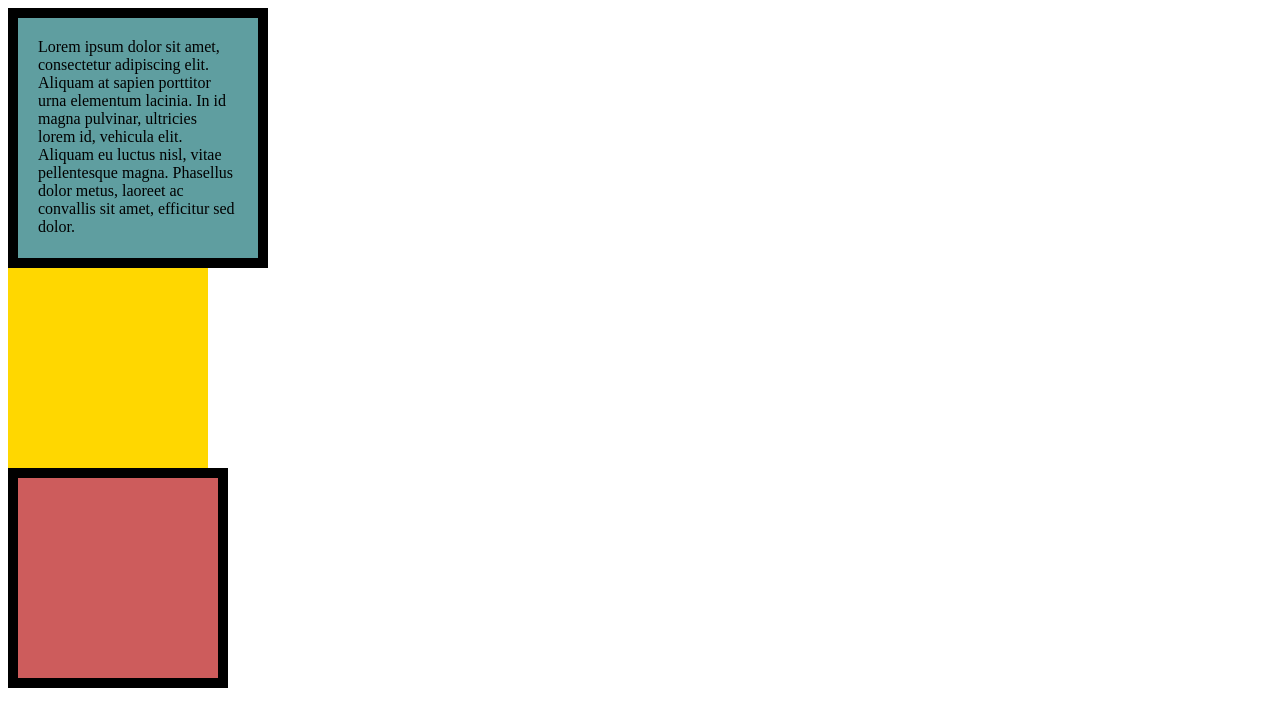
Repository: arzeee/Web_Course
Page: 6.3+CSS+Box+Model/6.3 CSS Box Model/index.html
The author's editor kept a copy of each file at every save. The page is drawn from the files as they stood at one save, then again after a run of saves.
The browser window is 1280 px wide. The pictures show the whole page.

Above is the page before, as saved 2025-07-04 18:29:09.

After the next 2 saves:
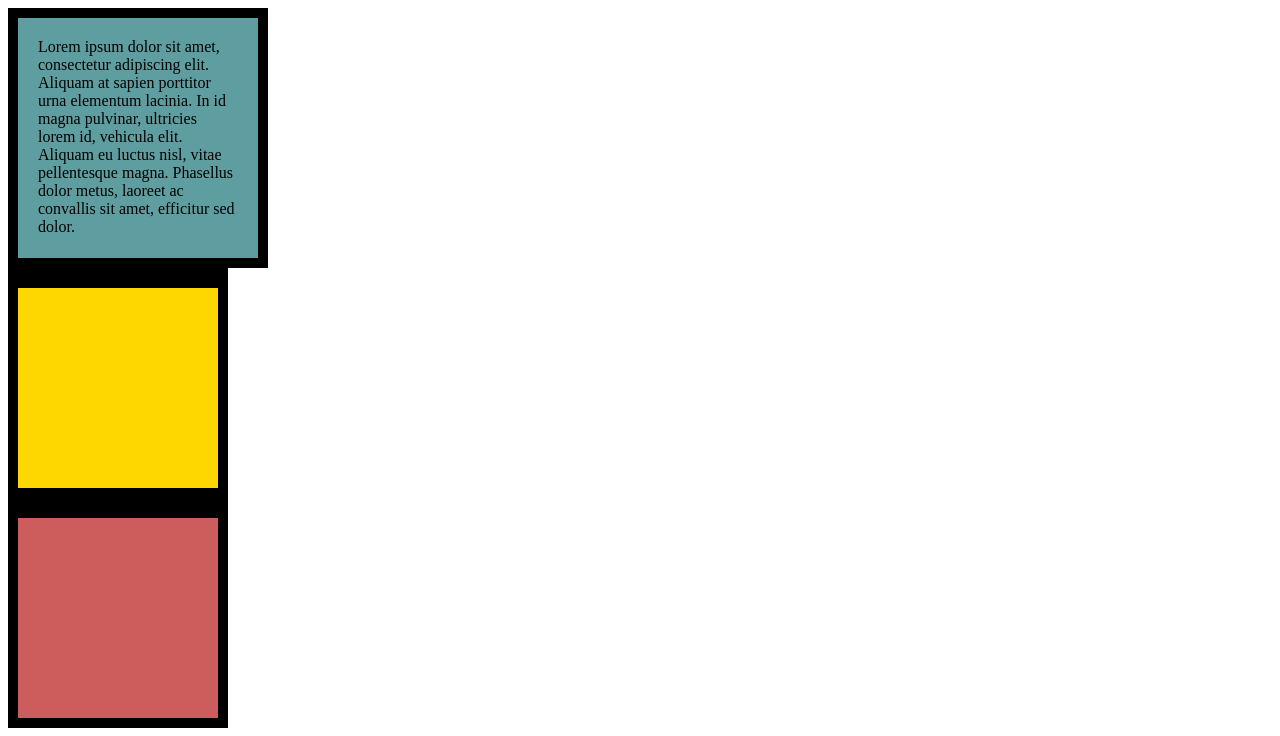
The 2 saves are shown as one change because they came seconds apart.
The last was saved 55 s later.
--- a/6.3+CSS+Box+Model/6.3 CSS Box Model/index.html
+++ b/6.3+CSS+Box+Model/6.3 CSS Box Model/index.html
@@ -22,7 +22,10 @@
     }
     .box2 {
       background-color: gold;
-      border: 20px 10px solid black;
+      border-top: 20px solid black;
+      border-bottom: 20px solid black;
+      border-left: 10px solid black;
+      border-right: 10px solid black;
     }
     .box3 {
       background-color: indianred;
